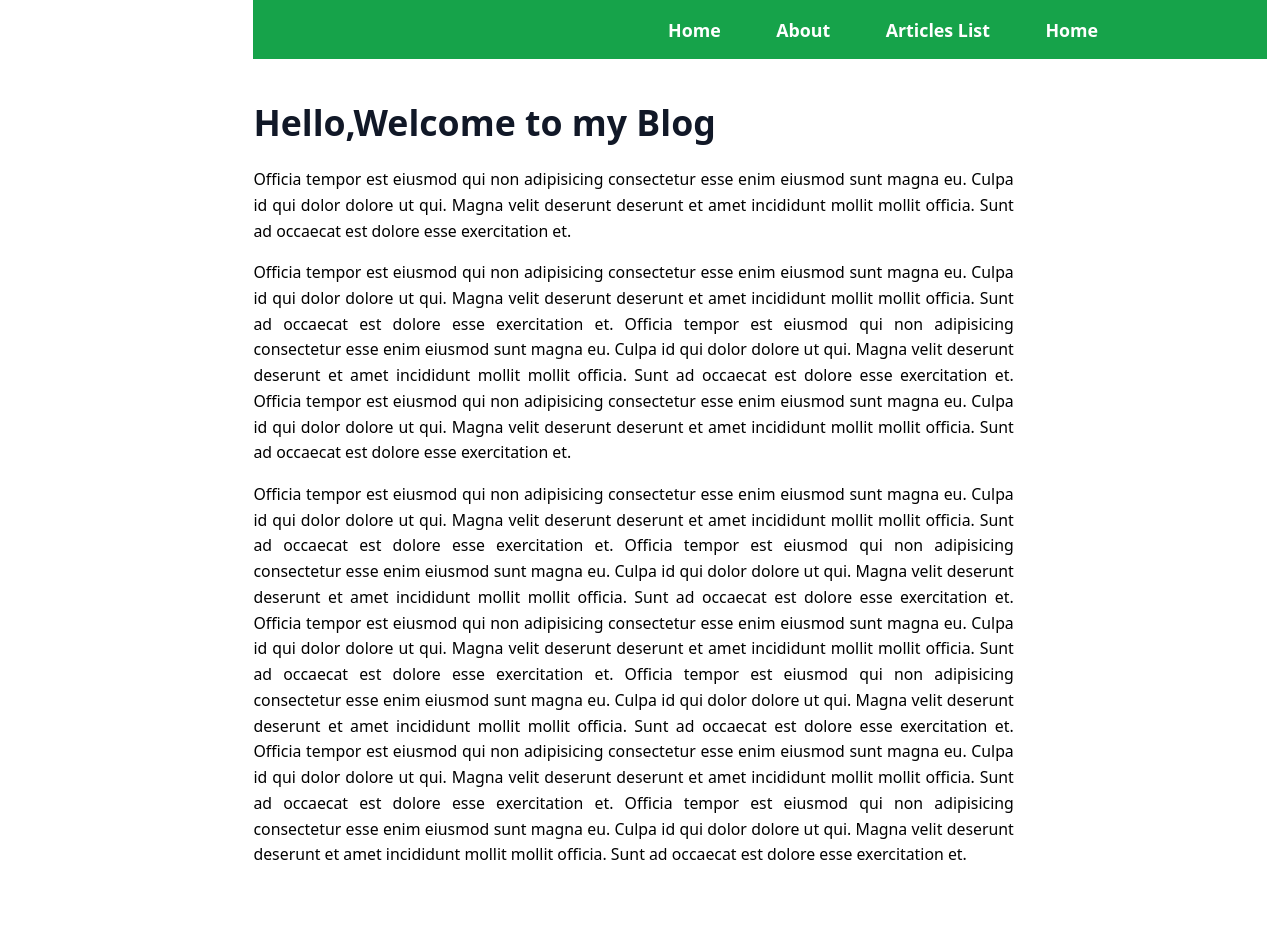
Repository: ymw0331/blog-mern-webapp
Page: / (app in client/)
The author's editor kept a copy of each file at every save. The page is drawn from the files as they stood at one save, then again after the next save.
The browser window is 1280 px wide. The pictures show the whole page, at 99% of full size.
The project was rebuilt for these pictures with package versions that can differ from the ones it lists, and the page was loaded fresh each time. Also part of the build but not shown: client/src/pages/About.js, client/src/pages/Article.js, client/src/pages/ArticlesList.js.

Above is the page before, as saved 2022-12-10 19:53:13.

After the next save:
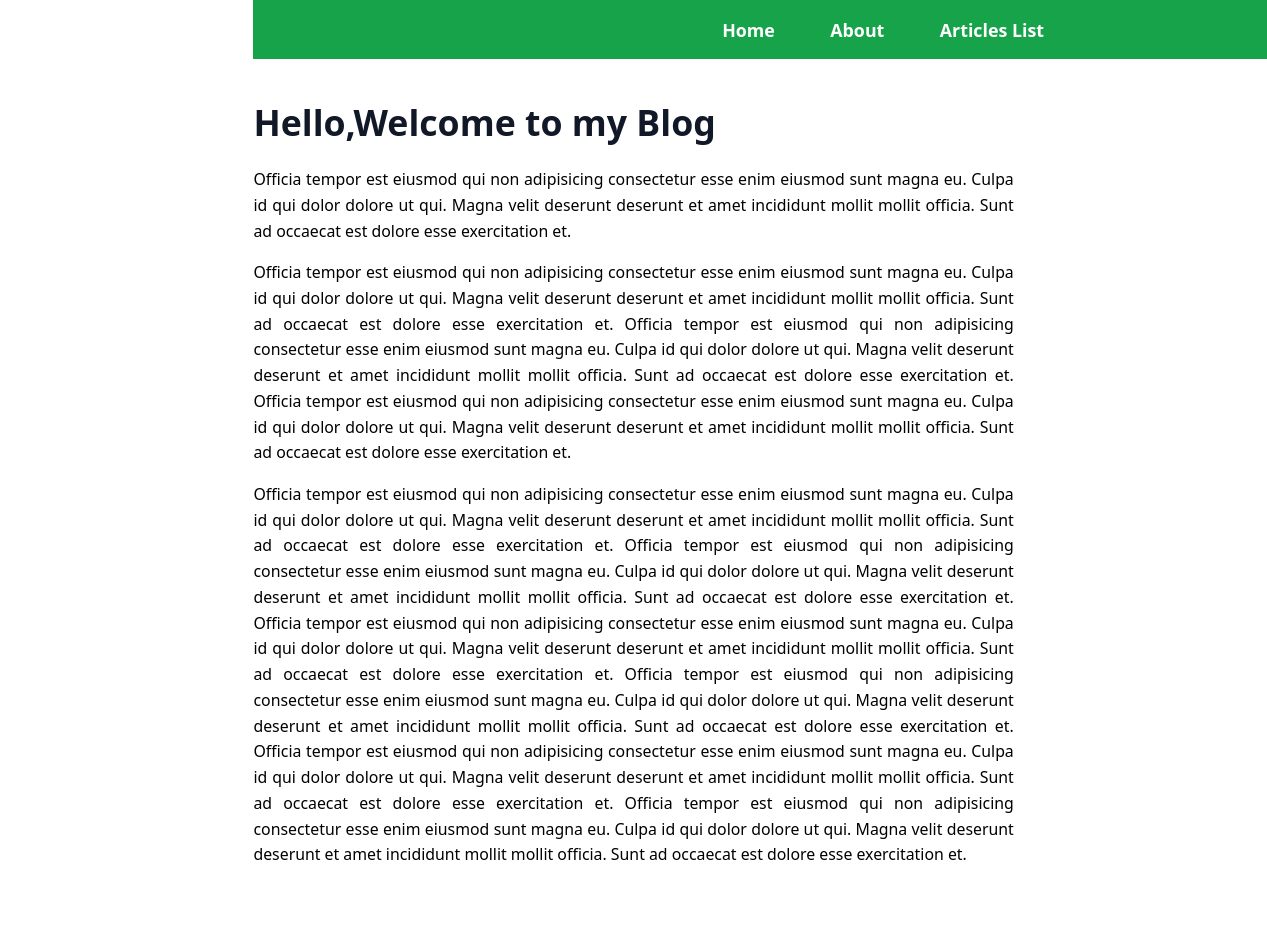
Saved 4 s later.
--- a/client/src/components/Navbar.js
+++ b/client/src/components/Navbar.js
@@ -20,11 +20,6 @@ const Navbar = () => {
             Articles List
           </Link>
         </li>
-        <li className='inline-block py-4'>
-          <Link to='/' className='pl-6 pr-8'>
-            Home
-          </Link>
-        </li>
       </ul>
     </nav>
   );
